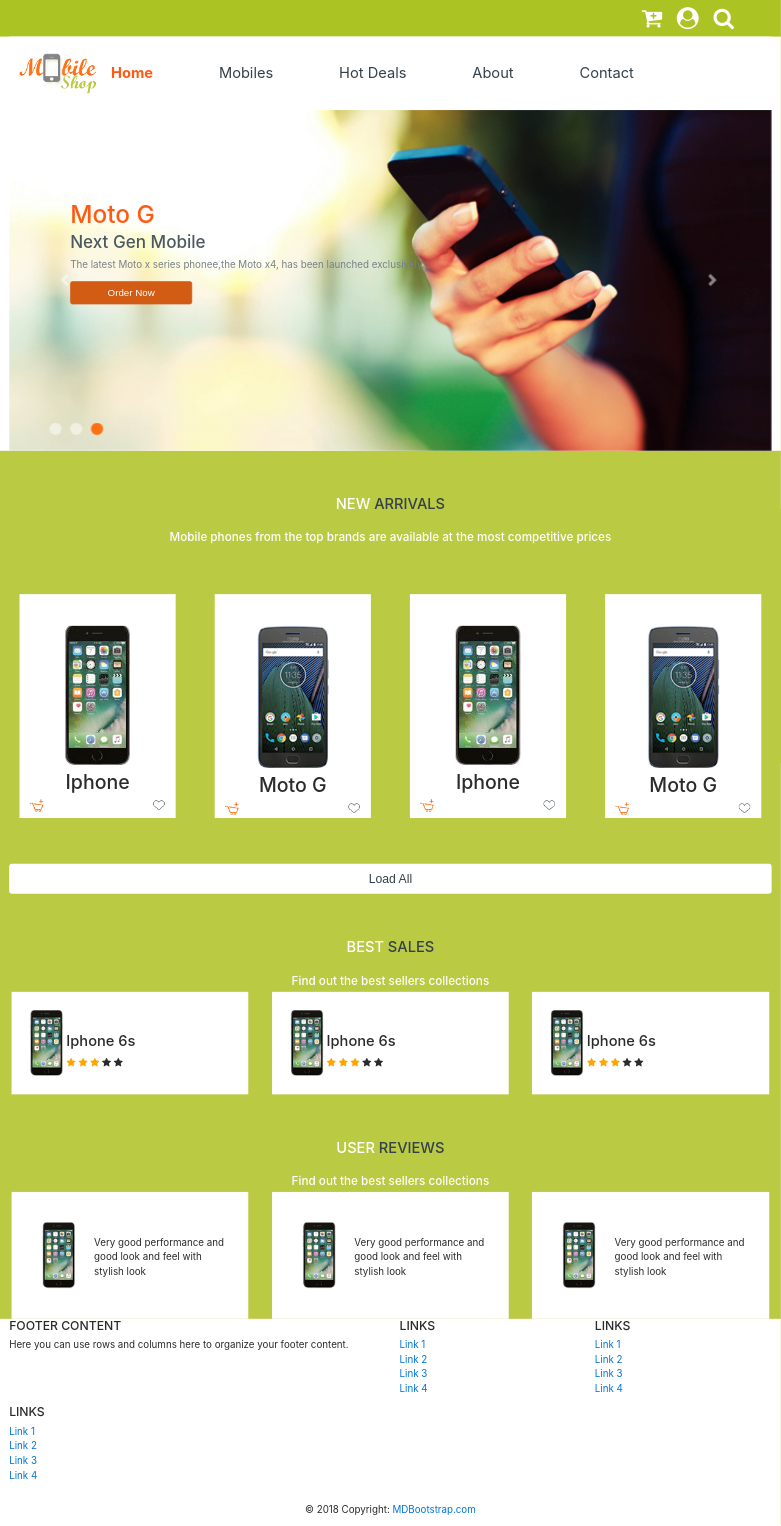
Repository: rajmohanr/mobile
Page: index.html
An editor plug-in stored every save of this project. The page is shown before and after the next save, followed by the edit.
The browser window is 1280 px wide. The pictures show the whole page, at 61% of full size.

Above is the page before, as saved 2018-04-08 21:56:49.
Console error (its wording comes from the project's code and is left out).

After the next save:
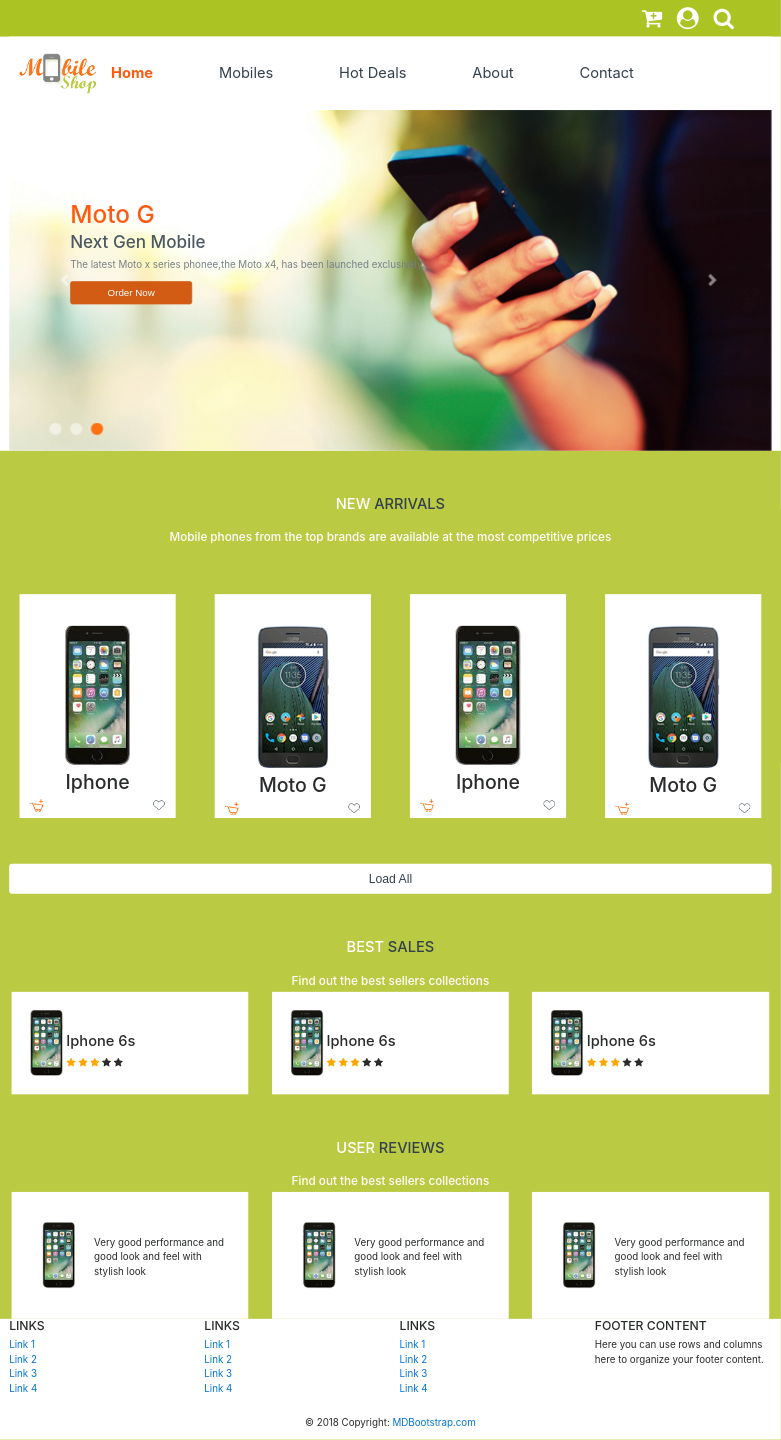
Saved 30 s later.
--- a/index.html
+++ b/index.html
@@ -308,12 +308,6 @@
 	</div>
 	<div class="row">
 
-			 <!--First column-->
-			 <div class="col-md-6">
-					<h5 class="text-uppercase">Footer Content</h5>
-					<p>Here you can use rows and columns here to organize your footer content.</p>
-				</div>
-				<!--/.First column-->
 
 				<!--Second column-->
 				<div class="col-md-3">
@@ -374,6 +368,13 @@
 						</ul>
 					</div>
 					<!--/.Second column-->
+
+			 <!--First column-->
+			 <div class="col-md-3">
+					<h5 class="text-uppercase">Footer Content</h5>
+					<p>Here you can use rows and columns here to organize your footer content.</p>
+				</div>
+				<!--/.First column-->
 		</div>
 		<!--/.Footer Links-->
 
